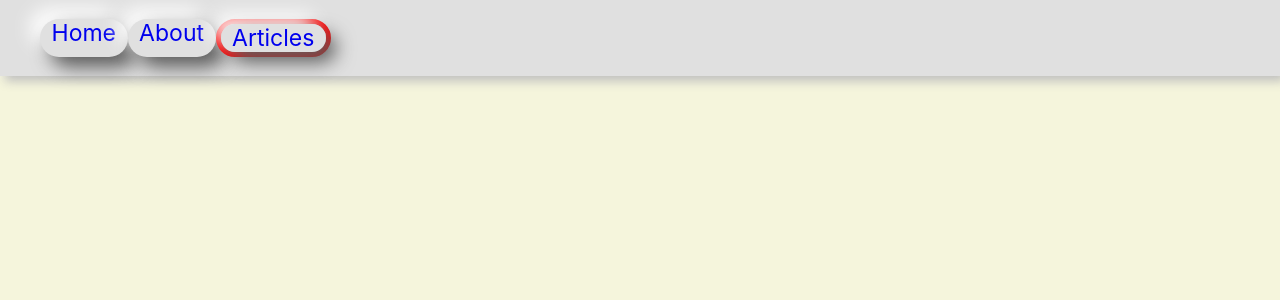
Repository: ShindanoSingi/react-software-architecture-course
Page: /articles
An editor plug-in stored every save of this project. The page is shown before and after the next save, followed by the edit.
The browser window is 1280 px wide. The pictures show the whole page.
The project was rebuilt for these pictures with package versions that can differ from the ones it lists, and the page was loaded fresh each time. Also part of the build but not shown: src/pages/Home.js, src/pages/About.js.

Above is the page before, as saved 2022-12-25 20:35:16.

After the next save:
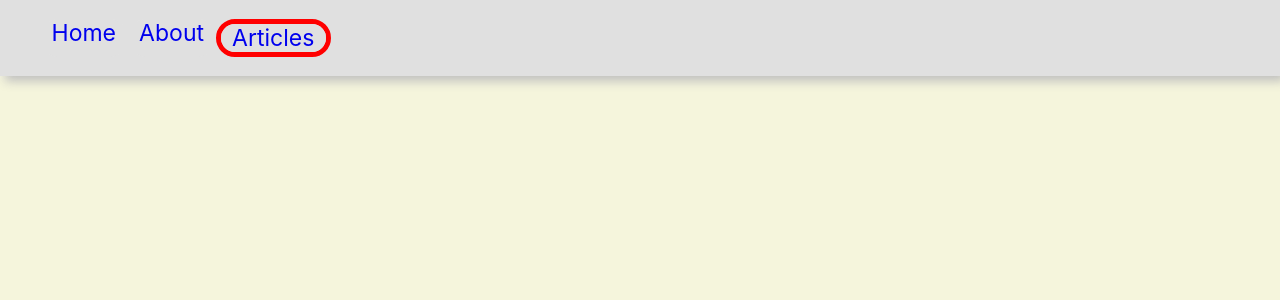
Saved 24 s later.
--- a/src/App.css
+++ b/src/App.css
@@ -9,8 +9,7 @@
 .articles {
     border-radius: 205px;
     background: #e0e0e0;
-    box-shadow: 10px 10px 19px #5a5a5a,
-        -10px -10px 19px #ffffff;
+
         padding: 0 0.5em;
 }
 

After the 5 saves that followed:
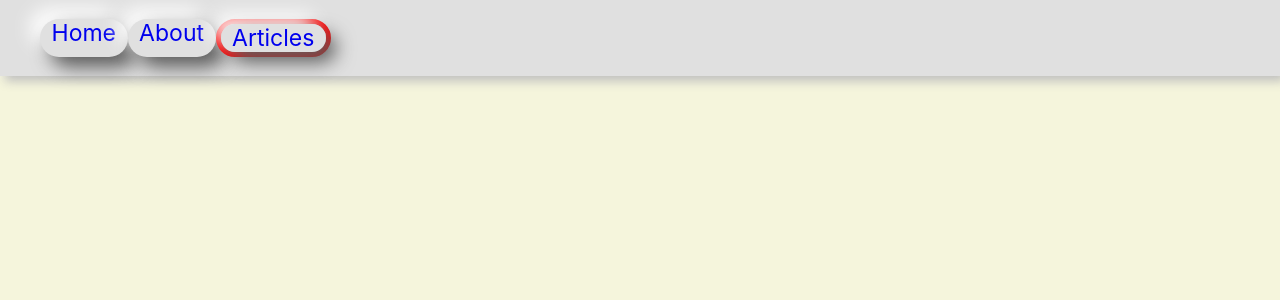
The 5 saves are shown as one change because 4 left the picture as it was.
The last was saved 90 s later.
--- a/src/App.css
+++ b/src/App.css
@@ -9,7 +9,8 @@
 .articles {
     border-radius: 205px;
     background: #e0e0e0;
-
+    box-shadow: 10px 10px 19px #5a5a5a,
+        -10px -10px 19px #ffffff;
         padding: 0 0.5em;
 }
 
